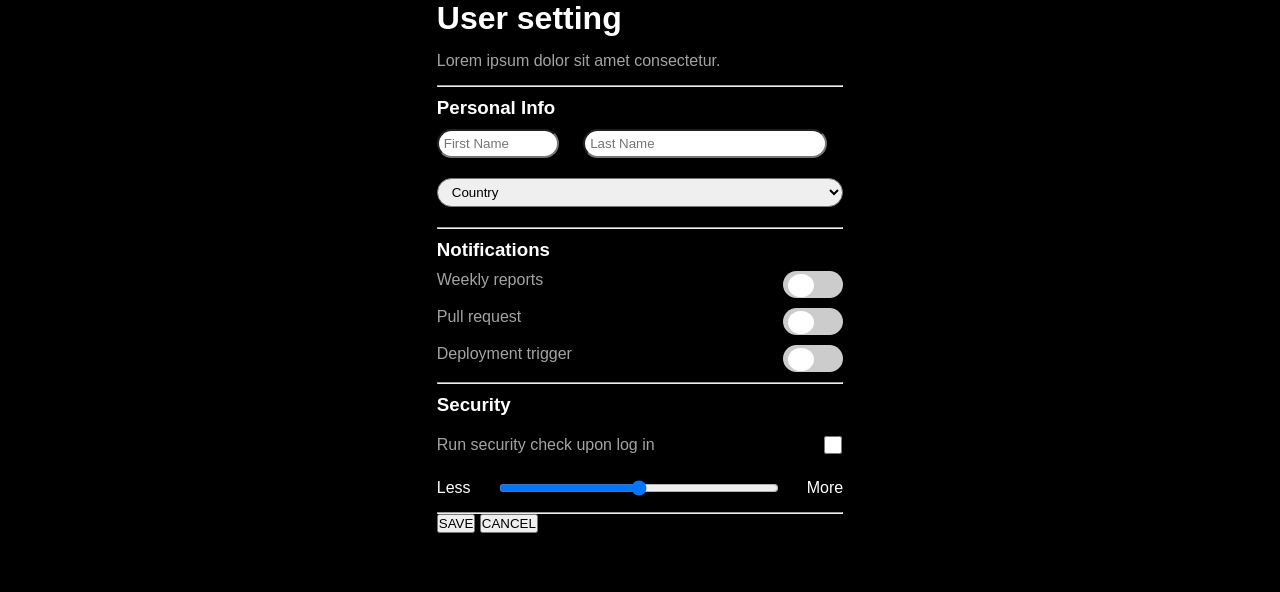
Repository: imokha01/DOM
Page: index.html
The author's editor kept a copy of each file at every save. The page is drawn from the files as they stood at one save, then again after a run of saves.
The browser window is 1280 px wide. The pictures show the whole page.

Above is the page before, as saved 2023-12-21 09:51:21.

After the next 2 saves:
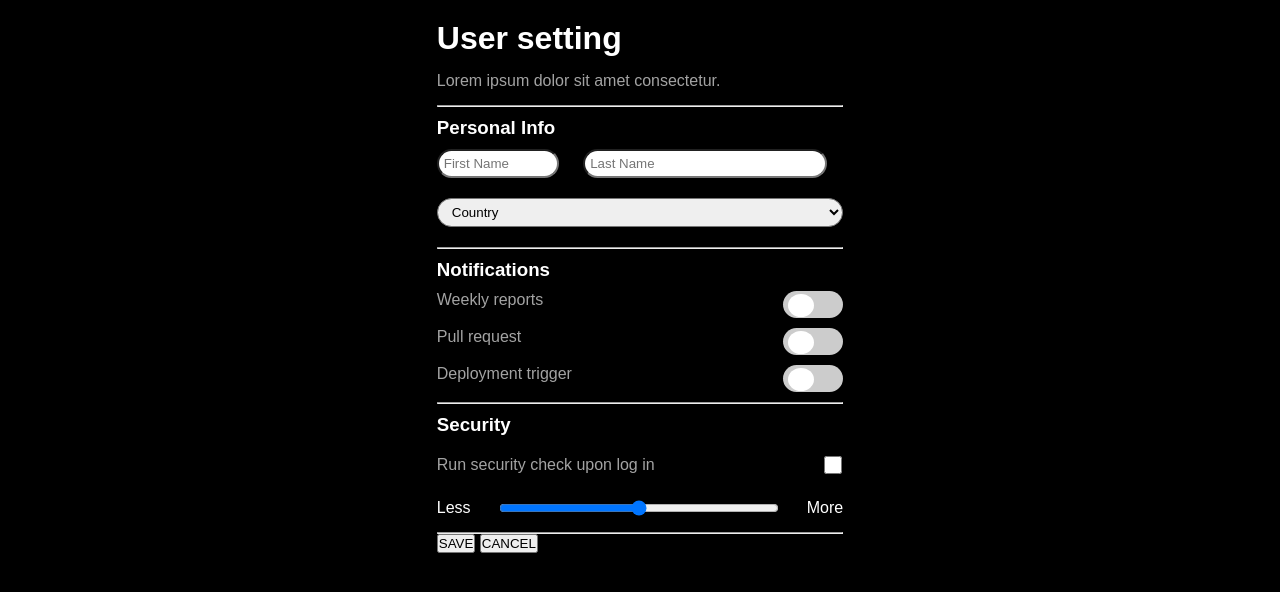
The 2 saves are shown as one change because they came seconds apart.
The last was saved 7 s later.
--- a/index.css
+++ b/index.css
@@ -13,7 +13,7 @@
     display: flex;
     justify-content: center;
     align-items: center;
-    margin: ;
+    margin-top: 20px;
     gap: 2px;
     background-color: black;
     color: while;

After the 2 saves that followed:
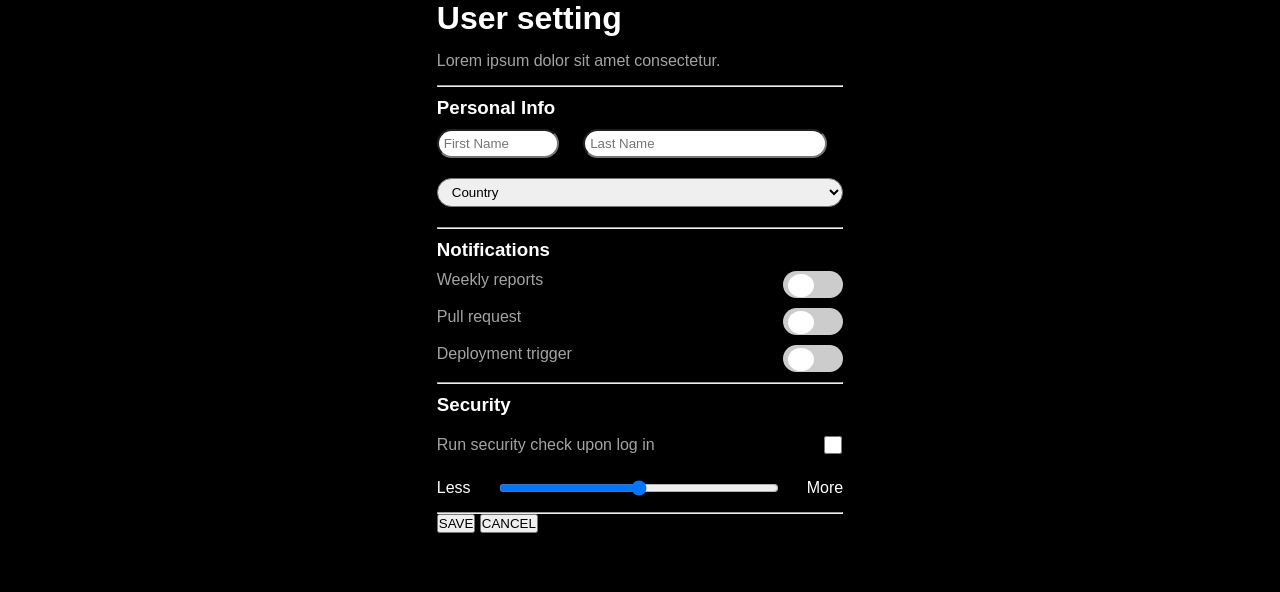
The 2 saves are shown as one change because they came seconds apart.
The last was saved 13 s later.
--- a/index.css
+++ b/index.css
@@ -13,7 +13,7 @@
     display: flex;
     justify-content: center;
     align-items: center;
-    margin-top: 20px;
+    margin-top: auto;
     gap: 2px;
     background-color: black;
     color: while;
